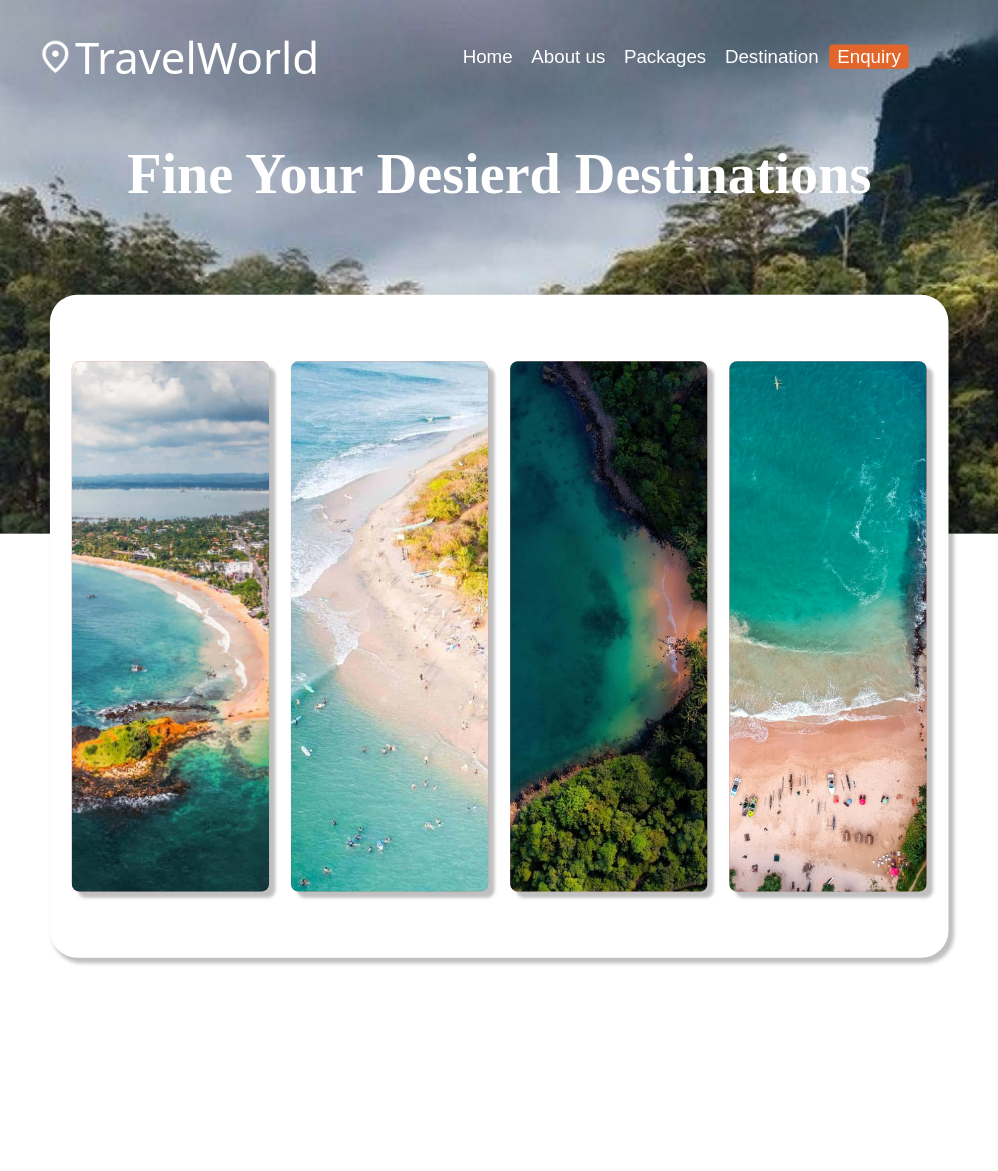
Repository: Haakim19/TavelWorld
Page: HTML/Destination.html
An editor plug-in stored every save of this project. The page is shown before and after the next save, followed by the edit.
The browser window is 1280 px wide. The pictures show the whole page, at 78% of full size.
Some web fonts or font styles are not loaded; a fallback is used.

Above is the page before, as saved 2024-11-02 18:42:30.

### HTML/Destination.html
<!DOCTYPE html>
<html lang="en">
    <head>
        <meta charset="UTF-8" />
		<meta name="viewport" content="width=device-width, initial-scale=1.0" />
		<title>Travel World</title>
		<link rel="stylesheet" href="../CSS/Navbar.CSS" />
        <link rel="stylesheet" href="../CSS/Destination.css">
        <link rel="preconnect" href="https://fonts.googleapis.com">
        <link rel="preconnect" href="https://fonts.gstatic.com" crossorigin>
        <link href="https://fonts.googleapis.com/css2?family=Irish+Grover&family=Jaldi:wght@400;700&family=Playwrite+GB+S:ital,wght@0,100..400;1,100..400&display=swap" rel="stylesheet">
	</head>
	<body>
        <div class="bg-img">
            <!-- Navigation Bar -->
            <nav class="navbar">
                <div class="logo">
                    <img src="../Assets/icon/location.png" alt="" />
                    Travel <span>World</span>
                </div>
                <div class="page">
                    <a href="Home.html">Home</a>
                    <a href="Aboutus.html">About us</a>
                    <a href="Packages.html">Packages</a>
                    <a href="Destination.html">Destination</a>
                    <a href="Enquiry.html" class="enquiry-btn">Enquiry</a>
                </div>
            </nav>
            <!-- Hero Section -->
            <section class="hero">
                <div class="hero-overlay">
                    <h2>Fine Your Desierd Destinations</h2>
                </div>
            </section>
            <img class="hero-img" src="../Assets/Images/WaterFall/Laxapana.jpg" alt="">
            <div class="container">
                <div class="box box1">
                        <img src="../Assets/Images/beatch/mirissa.jpg" alt="">
                        <div class="box-content">
                            <h1>Mirissa</h1>
                            <ul>
                                <li>Whale Watching</li>
                                <p>spot for blue whale and dolphin sightings.</p>
                                <li>Surfing & Snorkeling</li>
                                <p>Beginner-friendly waves and clear waters.</p>
                                <li>Beach Bars & Cafes</li>
                                <p>Lively atmosphere with fresh seafood and tropical drinks.</p>
                                <li>Secret Beach</li>
                                <p>A quieter, hidden gem nearby.</p>
                                <li>Picturesque Sunsets</li>
                                <p>Beautiful sunset views over the Indian Ocean.</p>
                            </ul>
                        </div>
                </div>
                <div class="box box2">
                        <img src="../Assets/Images/beatch/Arugam bay.jpg" alt="">
                        <div class="box-content">
                            <h1>Arugam Bay</h1>
                           <ul>
                            <li>World-Class Surfing</li>
                            <p>One of the best surf spots in Asia.</p>
                            <li>Laid-Back Vibe</li>
                            <p>Chill, bohemian atmosphere with beachside cafes.</p>
                            <li>Wildlife and Nature Excursions</li>
                            <p>Close to Kumana National Park.</p>
                            <li>Stunning Beaches and Landscapes</li>
                            <p>Scenic views at Elephant Rock and Pottuvil Lagoon.</p>
                            <li>Cultural Sites</li>
                            <p>Ancient temples like Muhudu Maha Viharaya.</p>
                            <li>Vibrant Nightlife</li>
                            <p>Lively social scene, especially during surf season.</p>
                           </ul>
                        </div>
                </div>
                <div class="box box3">
                        <img src="../Assets/Images/beatch/jungle beach unawatuna.jpg" alt="">
                        <div class="box-content">
                            <h1>Jungle beach</h1>
                            <ul>
                                <li>Secluded Beach Experience</li>
                                <p>Tucked away and less crowded.</p>
                                <li>Clear Waters for Snorkeling</li>
                                <p>Ideal for snorkeling around coral reefs.</p>
                                <li>Scenic Nature Trails</li>
                                <p>Short trek to reach the beach through greenery.</p>
                                <li>Vibrant Marine Life</li>
                                <p>Rich underwater ecosystem.</p>
                                <li>Relaxing Atmosphere</li>
                                <p>Perfect for unwinding.</p>
                                <li>Beautiful Sunset Views</li>
                                <p>Scenic, quiet spot for sunsets.</p>
                            </ul>
                        </div>
                </div>
                <div class="box box4">
                        <img src="../Assets/Images/beatch/bg-destination.jpg" alt="">
                        <div class="box-content">
                            <h1>Hikkaduwa</h1>
                            <ul>
                                <li>Coral Reefs and Snorkeling</li>
                                <p>Ideal for snorkeling around coral reefs.</p>
                                <li>Surfing</li>
                                <p>Steady waves, popular among surfers.</p>
                                <li>Beachfront Cafes and Nightlife</li>
                                <p>Bars and cafes with music and social scene.</p>
                                <li>Turtle Watching</li>
                                <p>Sea turtles can be seen near the shore.</p>
                                <li>Glass-Bottom Boat</li>
                                <p>View coral reefs from the boat.</p>
                                <li>Diving Spots</li>
                                <p>Underwater caves and wrecks to explore.</p>
                            </ul>
                        </div>
                </div>
            </div>
        </div>

</body>
</html>

### CSS/Navbar.CSS
body{
    margin: 0;
    padding: 0;
    /* background-color: #ffffff; */
}
/* Background image */
.bg-img img{
    width: 100%;
    height: 95vh;
    object-fit: cover;
    object-position: top;
    background-attachment: scroll;
}

.hero-img {
    /* filter: blur(2px); */
    position:absolute;
    top: 0;
    z-index: 1;
    background-color:black;;
}
/* Navigation bar */
nav{
    position: relative;
    display: flex;
    align-items: center;
    justify-content: space-between;
    z-index: 1000;
    padding-top: 30px;
}
.logo{
    margin-left: 5vh;
    font-family: "Irish Grover", system-ui;
    color: #ffffff;
    font-size: 3.5rem;
    display: flex;
    justify-content:center;
    align-items: center;
    padding: 5px 10px 5px 10px;
}
.logo img{
    width: 50px;
    height: 50px;
    color: #ffffff;
}

.page {
    margin-right : 16vh;

}

.page a{
    /* display: flex; */
    font-size: 1.5rem;
    color: #ffffff;
    font-family:"Jaldi", sans-serif;
    justify-content: space-evenly;
    align-items: center;
    padding: 2px 10px 2px 10px;
    text-decoration: none;
    transition: all 0.5s ease;
}
.page a:hover{
    color: #E2652B;
}
.page .enquiry-btn{
    background-color:#E2652B;
    color: white;
    border-radius: 5px;
    transition: all 0.5s ease;
}
.page .enquiry-btn:hover{
    color:#E2652B;
    background-color: rgb(255, 255, 255);
    border-radius: 5px;
}
section {
    position: relative;
    z-index: 1000;
    color: #ffffff;
    display: flex;
    flex-direction: column;
    justify-content: center;
    align-items: center;
    margin-top: 1vh;

}

.hero .hero-overlay h1 {
    /* margin-right: 10vh; */
    font-family: "Playwrite GB S", serif;
    font-weight: 700;
    font-style:oblique;
    font-size: 10rem;
    margin-bottom: -10px;
}

.hero .hero-overlay p {
    margin-left: 15vh;
    margin-top: auto;
    font-family: "Bebas Neue", sans-serif;
    font-weight: 500;
    font-style:normal;
    font-size: 3rem;
    margin-right: 10vh;
}

### CSS/Destination.css
section .hero-overlay{
    font-family: "Itim", cursive;
    font-size: 3rem;
    color:rgb(255, 255, 255);
}
.container{

    position: relative;
    width: 90%;
    height: 850px;
    top: -200px;
    background: #FFFFFF;
    box-shadow: 5px 5px 5px 2px rgba(0, 0, 0, 0.25);
    border-radius: 35px;
    display: flex;
    justify-content: space-evenly;
    align-items: center;
    margin-top: 35vh;
    margin-left: 5%;
    margin-right: 20%;
    margin-bottom: 10vh;
    z-index: 10;
}
.container .box {
    background-color: #cf8585;
    width: 22%;
    height: 80%;
    box-shadow: 8px 8px 4px rgba(0, 0, 0, 0.25);
    border-radius: 10px;
    overflow: hidden;
    z-index: 10;
    transition: all 0.5s ease;
}
.container .box .box-content{
    color: #fff;
    background-color: rgba(0, 0, 0, 0.5);
    display: flex;
    width: 100%;
    height: 100%;
    /* position: absolute; */
    text-align: center;
    flex-direction: column;
    justify-content: center;
    /* align-items: center; */
    backdrop-filter: blur(5px);
    opacity: 0;
    transition: all 0.5s ease;
    z-index: 1100;
}
.container .box .box-content h1{
    font-family: "Playwrite GB S", serif;
    font-size: 3rem;
    line-height: 3.2rem;
    color:#E2652B;
}
.container .box .box-content ul{
    font-family: "Jaldi", sans-serif;
    text-align:start;
    padding-left: 50px;
    line-height: 1rem;
    margin: 10px;
}
.container .box .box-content ul li{
    font-size: 1.2rem;
    list-style-type:armenian;
}

.container .box .box-content  {
    position: relative;
    top: -131.5%;
    left: 0%;
    /* transform: translateY(-100%); */

}
.container .box:hover .box-content{
    opacity: 1;
}
.container .box:hover{
    transform: scale(1.1);
}

After the next save:
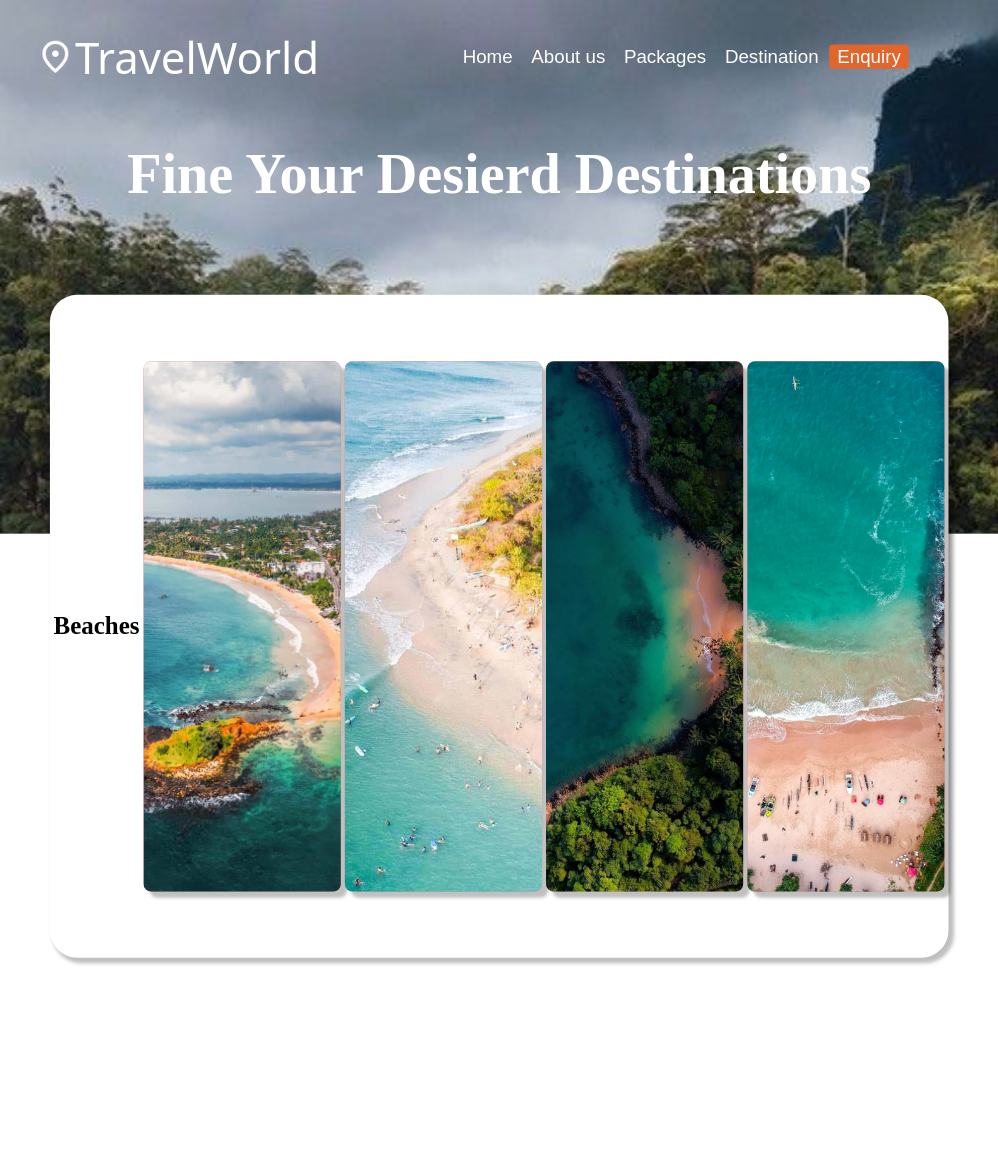
Saved 55 s later.
--- a/HTML/Destination.html
+++ b/HTML/Destination.html
@@ -34,6 +34,7 @@
             </section>
             <img class="hero-img" src="../Assets/Images/WaterFall/Laxapana.jpg" alt="">
             <div class="container">
+                <h1>Beaches</h1>
                 <div class="box box1">
                         <img src="../Assets/Images/beatch/mirissa.jpg" alt="">
                         <div class="box-content">

After the save that followed:
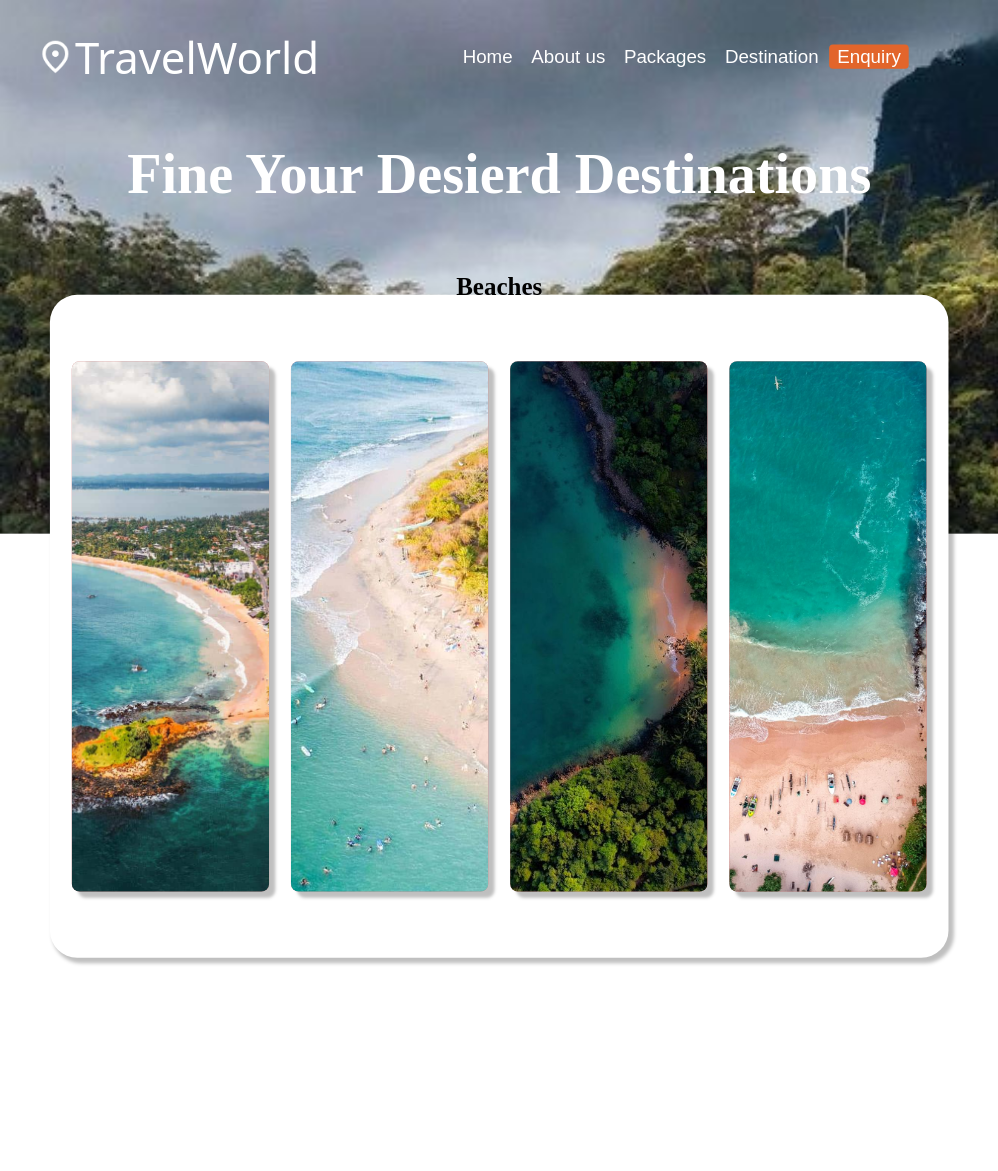
Saved 64 s later.
--- a/CSS/Destination.css
+++ b/CSS/Destination.css
@@ -4,7 +4,6 @@ section .hero-overlay{
     color:rgb(255, 255, 255);
 }
 .container{
-
     position: relative;
     width: 90%;
     height: 850px;
@@ -78,3 +77,9 @@ section .hero-overlay{
 .container .box:hover{
     transform: scale(1.1);
 }
+.container h1{
+    position: absolute;
+    top: -50px;
+    left: 50%;
+    transform: translateX(-50%);
+}
